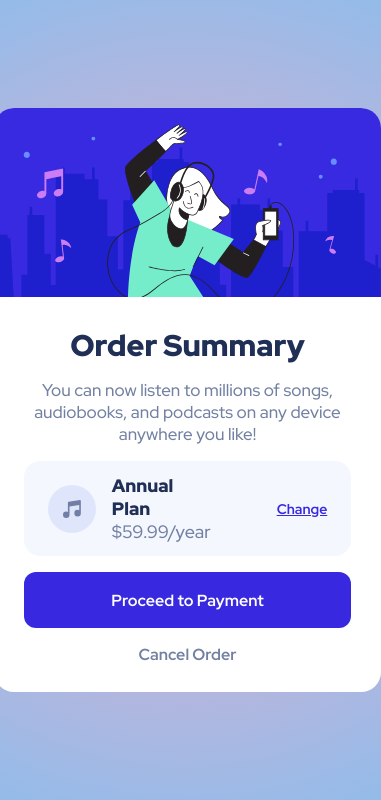
Repository: KamoliddinGIT/order-summary-card
Page: index.html
The author's editor kept a copy of each file at every save. The page is drawn from the files as they stood at one save, then again after the next save.
The browser window is 375 px wide. The page is 381 px wide, then 375 px, so the pictures cover 381 px, including what lies to the right of the window. The pictures show the whole page.

Above is the page before, as saved 2023-09-13 11:18:11.

### index.html
<!DOCTYPE html>
<html lang="en">
  <head>
    <meta charset="UTF-8" />
    <meta name="viewport" content="width=device-width, initial-scale=1.0" />
    <link
      rel="icon"
      type="image/png"
      sizes="32x32"
      href="./images/favicon-32x32.png"
    />
    <link
      href="https://fonts.googleapis.com/css2?family=Red+Hat+Display:wght@500;700;900&display=swap"
      rel="stylesheet"
    />
    <link rel="stylesheet" href="./css/style.css" />
    <title>Order summary card</title>
  </head>
  <body>
    <div class="container">
      <img
        class="illustration"
        src="./images/illustration-hero.svg"
        alt="img"
      />
      <div class="items">
        <h1>Order Summary</h1>
        <p>
          You can now listen to millions of songs, audiobooks, and podcasts on
          any device anywhere you like!
        </p>
        <div class="item__payment">
          <img src="./images/icon-music.svg" alt="music" />
          <div>
            <span>Annual Plan </span>
            <h2>$59.99/year</h2>
          </div>
          <a href="#">Change</a>
        </div>
        <a class="apply__btn" href="#">Proceed to Payment</a>
        <a class="cancel__btn" href="#">Cancel Order</a>
      </div>
    </div>
  </body>
</html>

### css/style.css
* {
  margin: 0;
  padding: 0;
  box-sizing: border-box;
}

body {
  width: 100%;
  height: 100vh;
  display: flex;
  justify-content: center;
  align-items: center;
  background: rgb(238, 174, 202);
  background: radial-gradient(
    circle,
    rgba(238, 174, 202, 1) 0%,
    rgba(148, 187, 233, 1) 100%
  );
  font-family: "Red Hat Display", sans-serif;
}

.container {
  display: flex;
  flex-direction: column;
  align-items: center;
  width: 405px;
  height: 584px;
  border-radius: 20px;
  background: #fff;
}

.illustration {
  width: 100%;
  border-radius: 20px 20px 0 0;
}

.items {
  width: 100%;
  display: flex;
  gap: 1rem;
  flex-direction: column;
  align-items: center;
  padding: 30px;
}

.items h1 {
  font-size: 1.875rem;
  line-height: 2.25rem;
  font-weight: 900;
  color: #1f2f56;
}

.items p {
  text-align: center;
  color: #7280a2;
  font-size: 17px;
}

.item__payment {
  max-width: 100%;
  height: 95px;
  align-items: center;
  background-color: #f5f7ff;
  display: flex;
  gap: 1rem;
  border-radius: 1rem;
  padding: 1.5rem;
}

.item__payment span {
  font-weight: 900;
  color: #1f2f56;
  font-size: 18px;
}

.item__payment h2 {
  color: #7280a2;
  font-size: 18px;
  font-weight: 500;
}

.item__payment a {
  margin-left: 50px;
  font-size: 14px;
  font-weight: 700;
  color: #3829e0;
}

.item__payment a:hover {
  text-decoration: none;
}

.apply__btn {
  border-radius: 0.75rem;
  background: #3829e0;
  width: 100%;
  height: 56px;
  display: flex;
  justify-content: center;
  align-items: center;
  text-decoration: none;
  font-size: 16px;
  font-weight: 700;
  color: #fff;
}

.apply__btn:hover {
  opacity: 0.8;
}

.apply__btn:active {
  outline: 3px dashed black;
}

.cancel__btn {
  color: #7280a2;
  font-size: 16px;
  font-weight: 700;
  text-decoration: none;
}

.cancel__btn:hover {
  text-decoration: underline;
}

/* media-css */

@media only screen and (max-width: 400px) {
  body {
    padding: 20px;
  }
  .container {
    max-width: 400px;
    /* width: 100%; */
  }
}

After the next save:
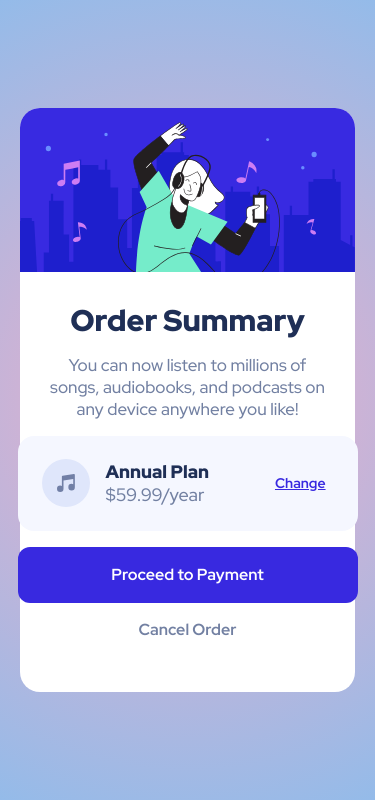
Saved 24 s later.
--- a/css/style.css
+++ b/css/style.css
@@ -57,7 +57,7 @@
 }
 
 .item__payment {
-  max-width: 100%;
+  width: 340px;
   height: 95px;
   align-items: center;
   background-color: #f5f7ff;
@@ -93,7 +93,7 @@
 .apply__btn {
   border-radius: 0.75rem;
   background: #3829e0;
-  width: 100%;
+  width: 340px;
   height: 56px;
   display: flex;
   justify-content: center;
@@ -131,6 +131,12 @@
   }
   .container {
     max-width: 400px;
-    /* width: 100%; */
+    width: 100%;
+  }
+  .illustration {
+    width: 100%;
+  }
+  .items {
+    width: 100%;
   }
 }
